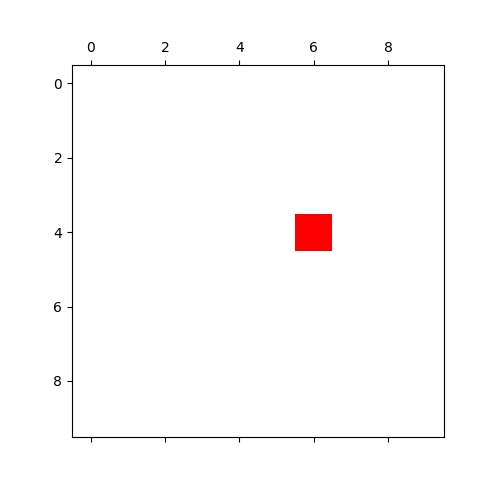
Repository: eduardodut/Trabalho_final_estatistica_cd
Script's output: python src/Simulador.py
These files come from the project's save history. The script's output is drawn as it stood at one moment and after the next save; the edit follows.
Each picture stacks the figures in order, with grey between them; figures that are only written to a file come last. Random numbers start from a fixed seed.

Above is the script's output before, as saved 2020-07-10 19:08:09.

After the next save:
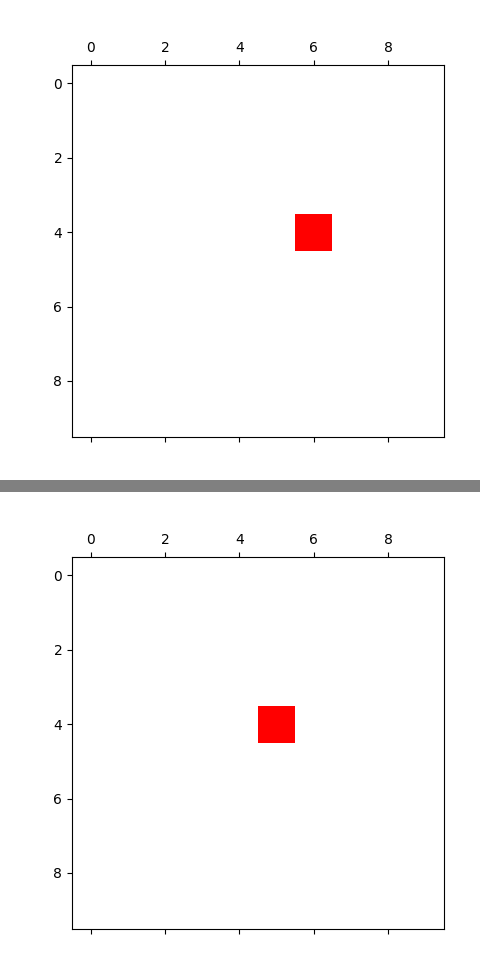
Saved 23 s later.
--- a/src/Simulador.py
+++ b/src/Simulador.py
@@ -355,10 +355,10 @@ cmap = ListedColormap(['w', 'y', 'yellow', 'red'])
 
 
 plt.matshow(sim.lista_matrizes_posicionamento[0].toarray(), cmap = cmap)
-#sim.iterar()
+sim.iterar()
 print(sim.num_inicial_tipo1)
 
-# plt.matshow(sim.lista_matrizes_posicionamento[1].toarray(),cmap = cmap)
+plt.matshow(sim.lista_matrizes_posicionamento[1].toarray(),cmap = cmap)
 # sim.iterar()
 
 # plt.matshow(sim.lista_matrizes_posicionamento[2].toarray(), cmap = cmap)
